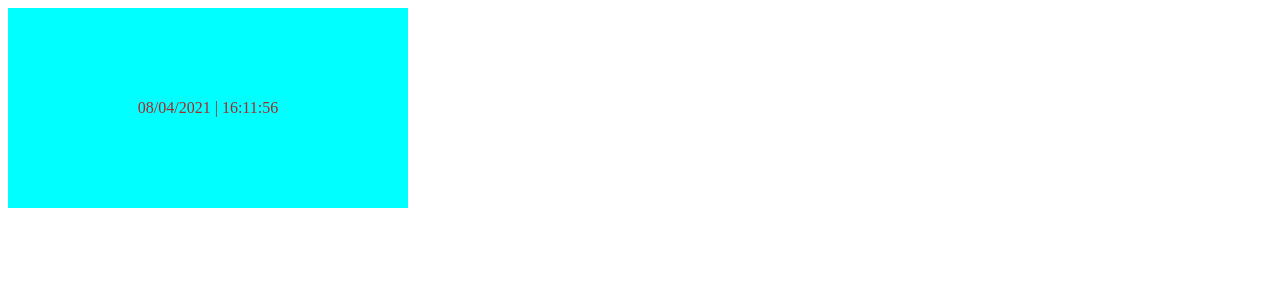
Repository: Widzisz/zadania-JavaScript
Page: www/index.html
The author's editor kept a copy of each file at every save. The page is drawn from the files as they stood at one save, then again after the next save.
The browser window is 1280 px wide. The pictures show the whole page.

Above is the page before, as saved 2021-04-08 18:31:03.

### www/index.html
<!DOCTYPE HTML>
<html lang="pl">

<head>
	<meta charset="utf-8" />
	<link rel="stylesheet" href="main.css">
	<title>Odliczanie czasu</title>

	<script type="text/javascript" src="timer.js">
	</script>

</head>

<body onload="timer()">

	<div class="container">
		<div id="zegar"></div>
	</div>

	<script type="text/javascript">
	</script>

</body>

</html>

### www/main.css
.container {
  display: flex;
  justify-content: center;
  align-items: center;
  height: 200px;
  width: 400px;
  background-color: aqua;
}

#zegar {
    color: brown;
}

### www/timer.js







function timer() {
	let today = new Date();

	let day = today.getDate();
	if (day < 10) {
		day = "0" + day;
	}
	let month = today.getMonth() + 1;
	if (month < 10) {
		month = "0" + month;
	}
	let year = today.getFullYear();

	let hours = today.getHours();
	if (hours < 10) {
		hours = "0" + hours;
	}
	let minutes = today.getMinutes();
	if (minutes < 10) {
		minutes = "0" + minutes;
	}
	let seconds = today.getSeconds();
	if (seconds < 10) {
		seconds = "0" + seconds;
	}

	document.getElementById("zegar").innerHTML = day + "/" + month + "/" + year
		+ " " + "|" + " " + hours + ":" + minutes + ":" + seconds;

	setTimeout("timer()", 1000);
}


























































// function odliczanie() {
// 	var dzisiaj = new Date();

// 	var dzien = dzisiaj.getDate();
// 	var miesiac = dzisiaj.getMonth() + 1;
// 	var rok = dzisiaj.getFullYear();

// 	var godzina = dzisiaj.getHours();
// 	if (godzina < 10) godzina = "0" + godzina;

// 	var minuta = dzisiaj.getMinutes();
// 	if (minuta < 10) minuta = "0" + minuta;

// 	var sekunda = dzisiaj.getSeconds();
// 	if (sekunda < 10) sekunda = "0" + sekunda;

// 	document.getElementById("zegar").innerHTML =
// 		dzien + "/" + miesiac + "/" + rok + " | " + godzina + ":" + minuta + ":" + sekunda;

// 	setTimeout("odliczanie()", 1000);
// }

After the next save:
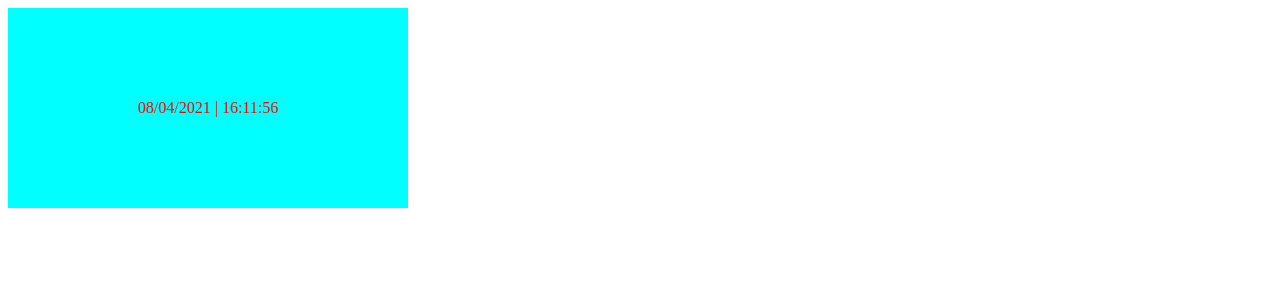
Saved 36 s later.
--- a/www/main.css
+++ b/www/main.css
@@ -8,5 +8,7 @@
 }
 
 #zegar {
-    color: brown;
+    font-size: 600;
+    color: red;
+
 }
